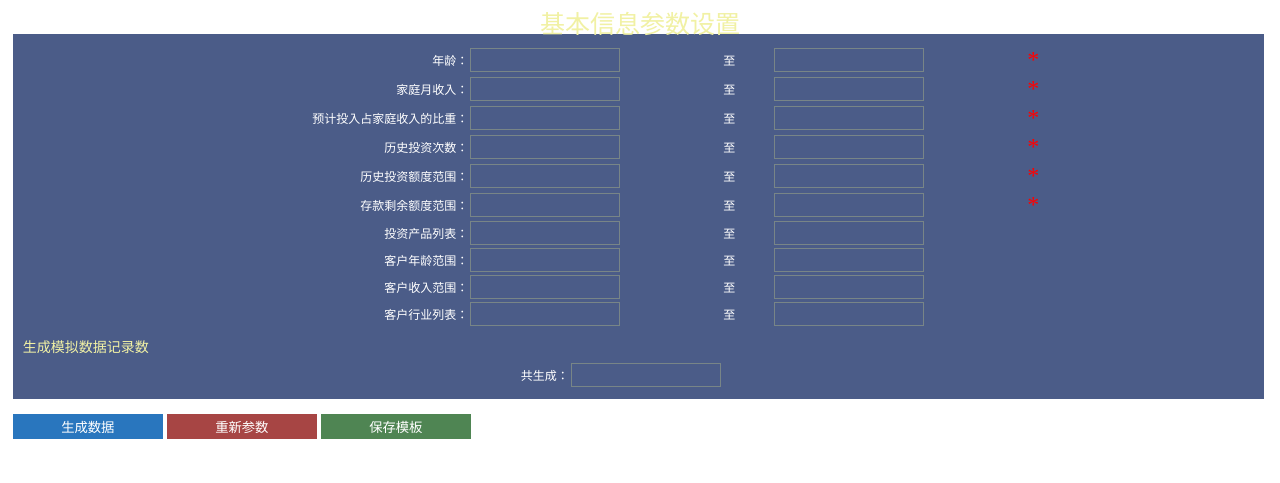
Repository: trieyouth/BigData
Page: http://localhost/BigData/WEB-INF/views/invesr-client-perference-analyse-system/data-collect/generateData.jsp
An editor plug-in stored every save of this project. The page is shown before and after the next save, followed by the edit.
The browser window is 1280 px wide. The pictures show the whole page.
The page is served by Tomcat 9. Nobody is signed in. The template is opened directly, without the code that normally fills it, so the values that code supplies are empty.

Above is the page before, as saved 2016-03-13 06:46:31.

After the next save:
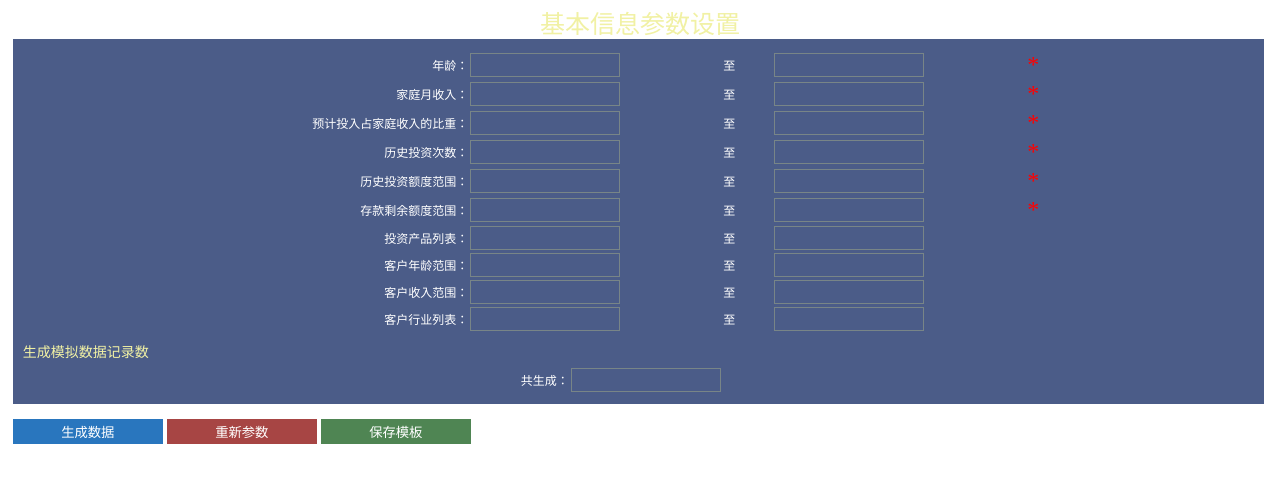
Saved 30 s later.
--- a/BigData/WebRoot/WEB-INF/views/invesr-client-perference-analyse-system/data-collect/generateData.jsp
+++ b/BigData/WebRoot/WEB-INF/views/invesr-client-perference-analyse-system/data-collect/generateData.jsp
@@ -16,7 +16,7 @@
    <body>
 <div style="height:4px; width:100%;"></div>
 <form  method="post" action="/icpas/index/dataCollect/generateData">
-   <div style="height:30px; width:70%; text-align: center;"><label  id="labelhead"  style="font-size: 25px;" >基本信息参数设置</label></div>
+   <div style="height:35px; width:70%; text-align: center;"><label  id="labelhead"  style="font-size: 25px;" >基本信息参数设置</label></div>
   <div id="lightcolor">
     <table frame="void" width = "70%" height="25" >
       <tr>
